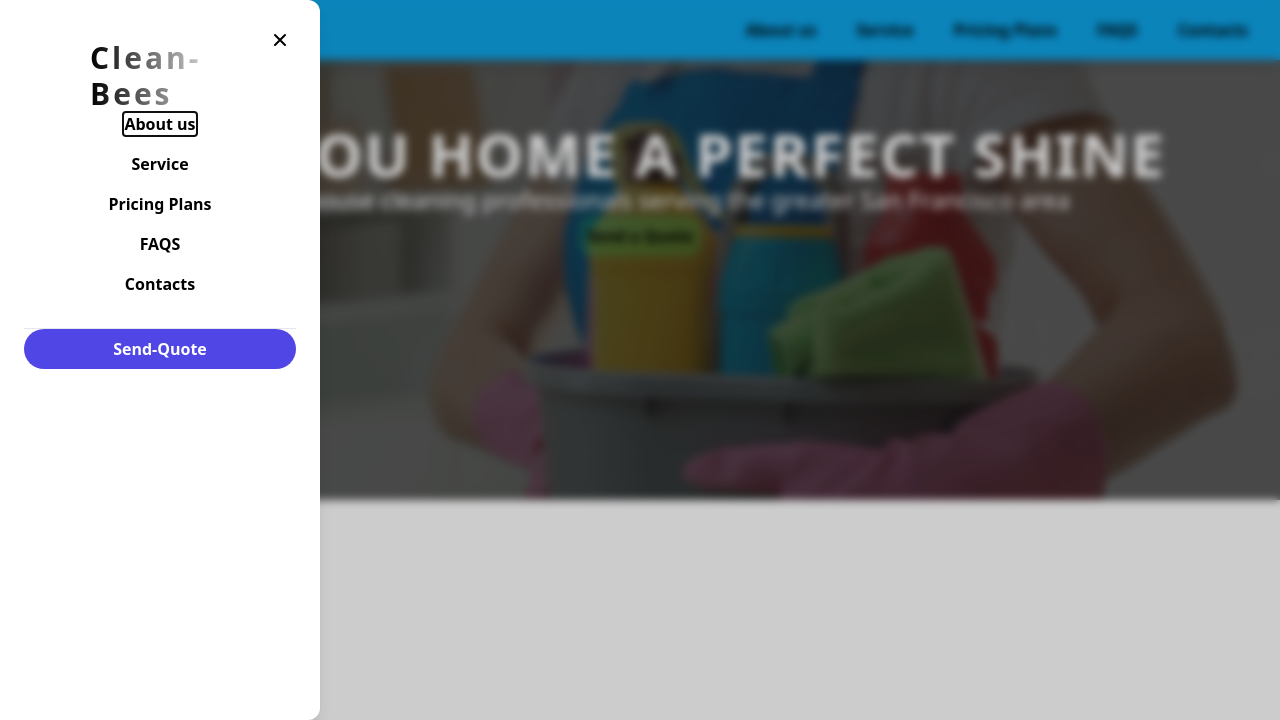
Repository: remydev47/cleanbees
Page: /
The author's editor kept a copy of each file at every save. The page is drawn from the files as they stood at one save, then again after the next save.
The browser window is 1280 px wide. The pictures show the whole page.
The project was rebuilt for these pictures with package versions that can differ from the ones it lists, and the page was loaded fresh each time. The framework's server and built-in components were replaced by stand-ins that run in the browser. Also part of the build but not shown: next.config.js.

Above is the page before, as saved 2022-09-15 20:57:55.

### pages/_app.tsx
import '../styles/globals.css'
import type { AppProps } from 'next/app'
import { Header } from '../components/Header'


function MyApp({ Component, pageProps }: AppProps) {
  return (
    <>
      <Header />
      <Component {...pageProps} />
    </>

    )
}

export default MyApp

### pages/index.tsx
import type { NextPage } from 'next'
import Head from 'next/head'
import Image from 'next/image'
import Hero from '../components/Hero'

const Home: NextPage = () => {
  return (
    <div className="">
      <Head>
        <title>CleanBees</title>
        <link rel="icon" href="/favicon.ico" />
      </Head>
      <Hero />
      <h1>CleanBees</h1>
    </div>
  )
}

export default Home

### components/Header.tsx
import { navLinks } from "../constants"
import { MenuPopOver } from "./MenuPopover"
import Logo from "./Logo"
import Image from "next/image"
import { title } from "process"

export const Header = () => {
    return(
        <>
          <header className={styles.container}>
           <div className='flex grow-0 basis-1/3 md:hidden'>
             <MenuPopOver />
          </div>
          <div className='flex grow-0 basis-1/3 justify-center md:justify-start'>
            <Logo />
           </div>
           <ul className="list-none sm:flex hidden justify-end items-center flex-1">
            {navLinks.map((nav, index) => (
                <li
                key={nav.id}
                className={`font-poppins font-extrabold cursor-pointer text-[16px]
                  ${index === navLinks.length - 1 ? 'mr-0' : 'mr-10'}
                 text-black `}
                >
                    <a>{nav.title}</a>
                </li>
            ))}
           </ul>

          </header>
        </>
    )
}

const styles ={
    container:`sticky bg-[#0ea5e9] inset-x-0 top-0 z-20 flex items-center justify-between py-2 px-2 shadow-lg dark:bg-slate-900 sm:py-3 sm:px-8`
}

### components/Hero.tsx
import React from 'react'
import Image from 'next/image'


const Hero = () => {
  return (
    <>
      <section className='relative h-[640px] w-full  bg-blue-500 sm:h-[55vh] md:h-[440px]'>
        <Image
          src="/img/pixel-cleaner2.jpg"
          layout='fill'
          objectFit='cover'
        />
        <div className="absolute inset-0 bg-neutral-900/70">
        <div className='mx-4 mt-16 flex flex-col items-center text-center '>
                <h1 className={styles.innerbanner}>
                    Give you Home a Perfect Shine
                </h1>
                <span className='text-xl text-white sm:text-2xl'>
                    Reliable house cleaning professionals serving the greater San Francisco area
                </span>
                <button className='bg-green-500/20 text-black font-semibold p-2 rounded-xl'>
                    Send a Quote
                </button>
              </div>
        </div>
      </section>

    </>
  )
}

export default Hero;
const styles ={

    innerbanner:`text-3xl font-extrabold uppercase tracking-wide text-white sm:text-4xl md:text-5xl lg:text-6xl`,
}

### constants/index.ts

export const navLinks =[
    {
     id:"aboutus",
     title:"About us"
    },
    {
        id:"services",
        title:"Service"
    },
    {
        id:"pricingplans",
        title:"Pricing Plans"
    },
    {
        id:"faqs",
        title:"FAQS"
    },
    {
        id:"contacts",
        title:"Contacts"
    },
]

### components/MenuPopover.tsx
import React, { useState, Fragment } from 'react'
import { IconButton } from './Button'
import { Transition, Dialog }  from '@headlessui/react';
import Link from 'next/link';
import Logo from './Logo';
import { Button } from './Button';
//import { ThemeSelect } from './ThemeToogle';
import { navLinks } from '../constants';

export const MenuPopOver = () => {
    const [isOpen, setIsOpen] = useState(true)

    return(
      <div>
        <IconButton
          variant='ghost'
          aria-label='menu'
          onClick={() => setIsOpen(!isOpen)}
        >
          <svg className='h-6 w-6 ' fill='none' stroke='currentColor'>
            <path
              strokeLinecap='round'
              strokeLinejoin='round'
              strokeWidth={2}
              d='M4 6h16M4 12h16M4 18h16'
            />
          </svg>
        </IconButton>
        <Transition
          show={isOpen}
          appear
          as={Fragment}
          enter='transform transition ease-in-out duration-300'
          enterFrom='-translate-x-full'
          enterTo='translate-x-0'
          leave='transform transition ease-in-out duration-300 delay-200'
          leaveFrom='translate-x-0'
          leaveTo='-translate-x-full'
        >
         <Dialog
           as='div'
           className={`fixed inset-0 z-50`}
           onClose={setIsOpen}
           open={isOpen}
           >
           <Transition.Child
             as={Fragment}
             enter='ease-out duration-300 delay-300'
             enterFrom='opacity-0'
             enterTo='opacity-100'
             leave='ease-in duration-200'
             leaveFrom='opacity-100'
             leaveTo='opacity-0'
           >

            <Dialog.Overlay
              className={`fixed inset-0 bg-black/20 backdrop-blur-sm dark:bg-gray-900/80`}
             />
          </Transition.Child>
           <div className={styles.dialogcontainer}>
            <a className='mx-auto mt-4 flex w-[140px] '>
              <Logo />
            </a>
            <ul
                className={styles.navWrapper2}
             >
                {navLinks.map((nav, index) => (
                    <li
                     key={nav.id}
                     className={`font-poppins font-bold cursor-pointer text-[16px]
                      ${index === navLinks.length - 1 ? 'mr-0' : 'mb-4'}
                      text-black `}
                    >
                     <a href={`#${nav.id}`}>
                        {nav.title}
                     </a>
                    </li>
                 ))}
             </ul>
            {/* <div className='mt-0 border-t border-gray-200 pt-6 dark:border-gray-200/10'>

            </div> */}
            <ul className='mt-8 space-y-3 border-t border-gray-200 dark:border-gray-200/10'>
              <li>
               <Button fullWidth>
                   Send-Quote
               </Button>
              </li>

            </ul>
            <IconButton
              variant='ghost'
              aria-label='close menu'
              className='absolute top-5 right-5'
              onClick={() => setIsOpen(false)}
            >
              <svg
                viewBox='0 0 10 10'
                className='h-2.5 w-2.5 overflow-visible'
                aria-hidden='true'
              >
                <path
                    d='M0 0L10 10M10 0L0 10'
                    fill='none'
                    stroke='currentColor'
                    strokeWidth='2'
                    strokeLinecap='round'
                  />
              </svg>
            </IconButton>
           </div>
         </Dialog>
        </Transition>
      </div>
    )
  }

const styles ={
    dialogcontainer:`fixed top-0 bottom-0 left-0 w-full max-w-xs rounded-r-xl bg-white p-6 shadow-lg dark:bg-gray-800`,
    menuitems:`group relative flex h-9 items-center oveflow-hidden rounded-md hover:bg-slate-200/50`,
    navWrapper2:`list-none flex flex-col justify-end items-center flex-1`,
}

### components/Logo.tsx
import React from 'react';


const Logo  = () => {
  return (
    <span className={`bg-gradient-to-r from-black to-[#fff] bg-clip-text align-middle text-3xl font-black tracking-widest text-transparent hover:text-green-400`}>
        Clean-Bees
    </span>
  )
}

export default Logo;

### components/Button/index.tsx
import React, { forwardRef } from 'react';
//import { __DEV__ } from '../../utils/assertions'

type BaseButtonProps = Omit<React.HTMLProps<HTMLButtonElement>, "size">;

/* === Button Element === */

export interface ButtonProps extends BaseButtonProps {
  children: React.ReactNode;
  fullWidth?: boolean;
  className?: string;
  variant?: "solid" | "outline" | "ghost";
  size?: "sm" | "md" | "lg";
  as?: string;
  isExternal?: boolean;
  type?: "button" | "submit" | "reset";
}

export const Button = forwardRef<HTMLButtonElement, ButtonProps>(
  (
    {
      children,
      variant = "solid",
      size = "md",
      fullWidth = false,
      className,
      as = "button",
      isExternal = false,
      ...rest
    },
    ref
  ) => {
    let tempClassNames: string[] = [];

    const sharedClasses = [
      "capitalize",
      "focus:outline-none",
      "focus:ring-2",
      "focus:ring-indigo-400",
      "focus:ring-offset-2",
      "focus:ring-offset-indigo-50",
      "font-semibold",
      "rounded-full",
      "inline-flex",
      "flex-shrink-0",
      "items-center",
      "justify-center",
      "transition-colors",
      "ease-in-out",
      "duration-500",
    ];

    if (fullWidth) sharedClasses.push("w-full");

    // handle variants
    let btnSolid = ["bg-indigo-600", "hover:bg-indigo-700", "text-white"];
    let btnOutline = [
      "dark:text-white",
      "hover:text-yellow-700",
      "hover:dark:text-yellow-800",
      "bg-transparent",
      "hover:bg-indigo-50",
      "border",
      "border-indigo-600",
    ];
    let btnGhost = [
      "bg-transparent",
      "dark:text-white",
      "hover:bg-indigo-50",
      "hover:text-indigo-700",
      "hover:dark:text-indigo-700",
    ];

    if (variant === "solid") {
      tempClassNames = [...sharedClasses, ...btnSolid];
    } else if (variant === "outline") {
      tempClassNames = [...sharedClasses, ...btnOutline];
    } else if (variant === "ghost") {
      tempClassNames = [...sharedClasses, ...btnGhost];
    }

    // handle sizes
    let sizeSm = ["h-8", "px-2", "text-sm"];
    let sizeMd = ["h-10", "px-3"];
    let sizeLg = ["h-12", "px-4", "text-lg"];

    if (size === "sm") {
      tempClassNames = [...tempClassNames, ...sizeSm];
    } else if (size === "md") {
      tempClassNames = [...tempClassNames, ...sizeMd];
    } else if (size === "lg") {
      tempClassNames = [...tempClassNames, ...sizeLg];
    }

    let classes = tempClassNames.join(" ");

    let Element = as ? (
      React.createElement(
        as,
        {
          className: `${classes} ${className}`,
          target: isExternal ? "_blank" : undefined,
          rel: isExternal ? "noopener noreferrer" : undefined,
          ref,
          ...rest,
        },
        children
      )
    ) : (
      <button {...rest} className={`${classes} ${className}`} ref={ref}>
        {children}
      </button>
    );

    return Element;
  }
);

// if (__DEV__) {
//   Button.displayName = "Button";
// }

/* === IconButton Element === */

export interface IconButtonProps extends ButtonProps {
  icon?: React.ReactElement;
  "aria-label": string;
}

export const IconButton = forwardRef<HTMLButtonElement, IconButtonProps>(
  (
    {
      children,
      icon,
      className,
      "aria-label": ariaLabel,
      size = "md",
      ...rest
    },
    ref
  ) => {
    let sharedClasses = ["rounded-full", "!px-0"];

    // handle sizes
    let sizeSm = ["w-8"];
    let sizeMd = ["w-10"];
    let sizeLg = ["w-12"];

    if (size === "sm") {
      sharedClasses = [...sharedClasses, ...sizeSm];
    } else if (size === "md") {
      sharedClasses = [...sharedClasses, ...sizeMd];
    } else if (size === "lg") {
      sharedClasses = [...sharedClasses, ...sizeLg];
    }

    /**
     * Passing the icon as prop or children should work
     */
    const element = icon || children;
    const _children = React.isValidElement(element)
      ? React.cloneElement(element as any, {
          "aria-hidden": true,
          focusable: false,
        })
      : null;

    let classes = sharedClasses.join(" ");
    return (
      <Button
        className={`${classes} ${className}`}
        aria-label={ariaLabel}
        size={size}
        {...rest}
        ref={ref}
      >
        {_children}
      </Button>
    );
  }
);

// if (__DEV__) {
//   IconButton.displayName = "IconButton";
// }

Loaded but not shown: styles/globals.css (common file); tailwind.config.js (common file)

After the next save:
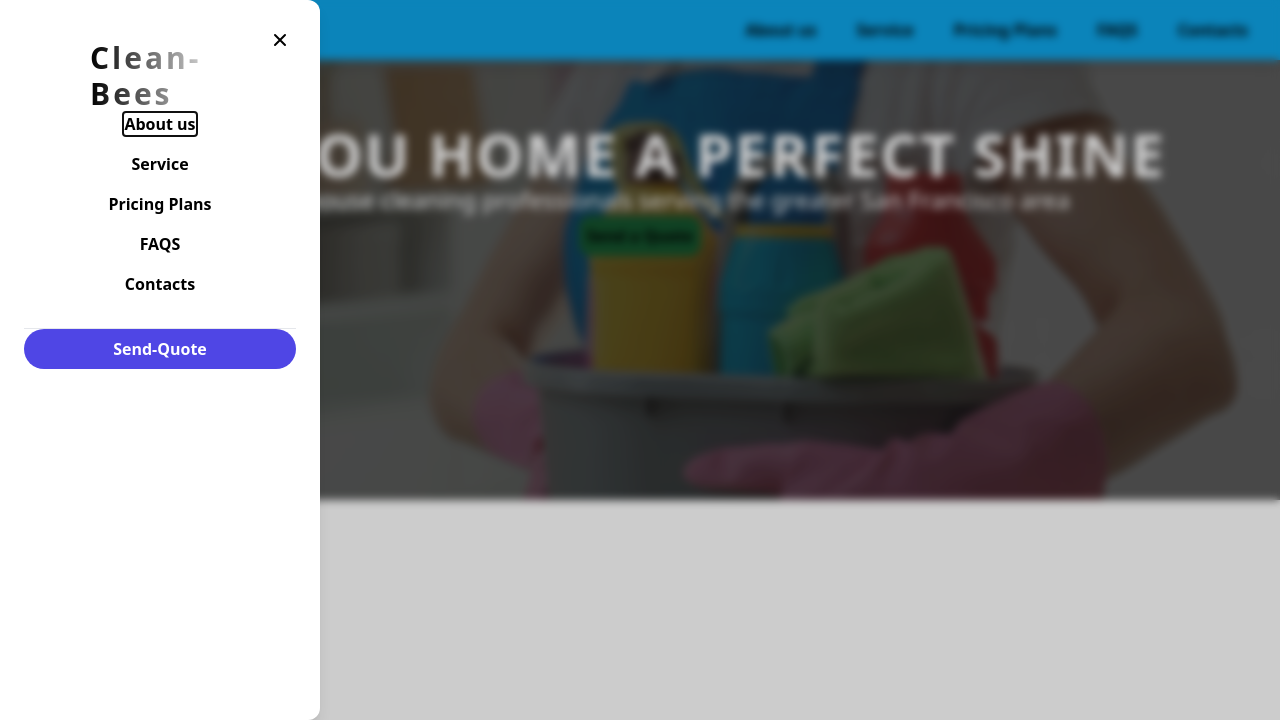
Saved 45 s later.
--- a/components/Hero.tsx
+++ b/components/Hero.tsx
@@ -19,7 +19,7 @@ const Hero = () => {
                 <span className='text-xl text-white sm:text-2xl'>
                     Reliable house cleaning professionals serving the greater San Francisco area
                 </span>
-                <button className='bg-green-500/20 text-black font-semibold p-2 rounded-xl'>
+                <button className='bg-green-900 text-black font-semibold p-2 rounded-xl'>
                     Send a Quote
                 </button>
               </div>
